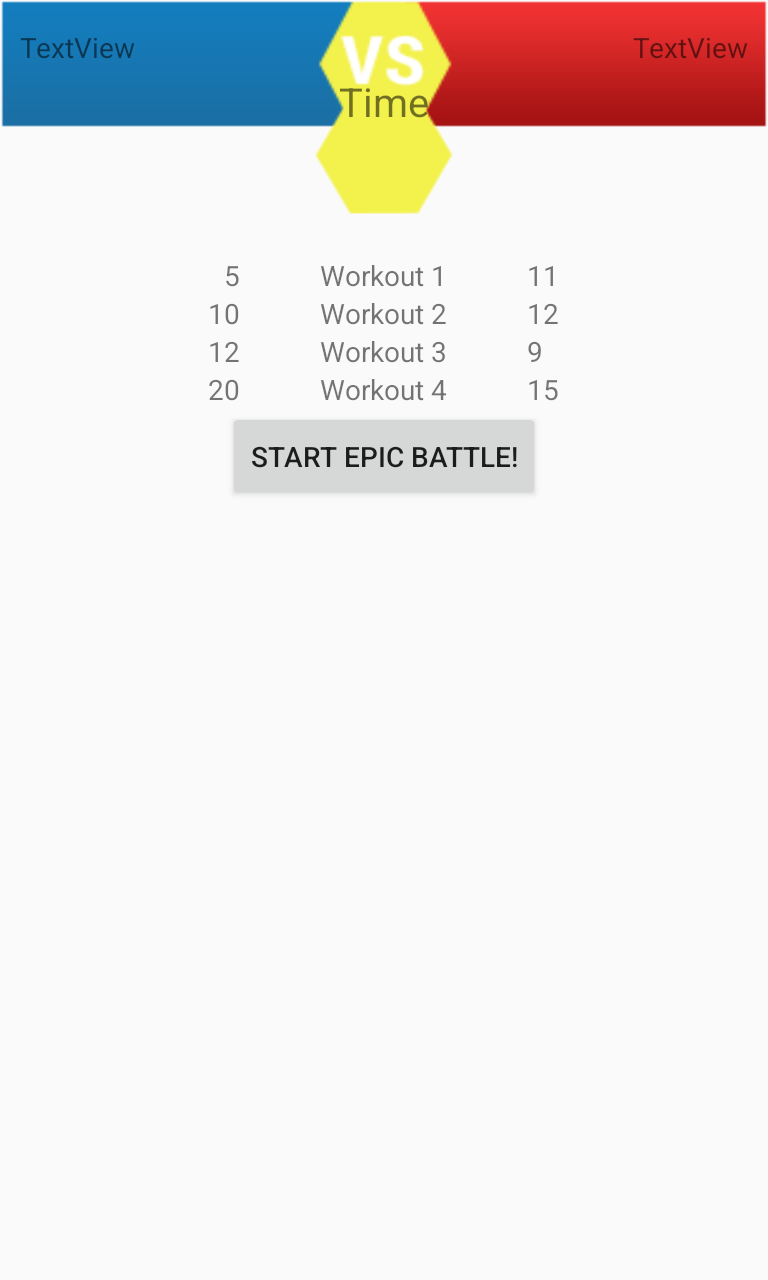
Repository: hackathon-2014/devdroid-repo
Layout: HealthyCompetition/res/layout/battlefield_layout.xml
The author's editor kept a copy of each file at every save. The layout is drawn from the files as they stood at one save, then again after the next save.
It is drawn on a 768 x 1280 px phone screen (xhdpi) without system bars, with theme AppTheme; the app's code is not run.

Above is the layout before, as saved 2014-08-23 20:26:17.

### HealthyCompetition/res/layout/battlefield_layout.xml
<?xml version="1.0" encoding="utf-8"?>
<LinearLayout xmlns:android="http://schemas.android.com/apk/res/android"
    android:layout_width="match_parent"
    android:layout_height="match_parent"
    android:orientation="vertical" >

    <RelativeLayout
        android:id="@+id/relative_layout_versus"
        android:layout_width="match_parent"
        android:layout_height="wrap_content" >

        <ImageView
            android:id="@+id/versus_image"
            android:layout_width="match_parent"
            android:layout_height="wrap_content"
            android:background="@drawable/versus_banner_9" />

        <TextView
            android:id="@+id/player_one_name"
            android:layout_width="wrap_content"
            android:layout_height="wrap_content"
            android:layout_alignParentLeft="true"
            android:layout_alignParentTop="true"
            android:layout_marginLeft="10dp"
            android:layout_marginTop="14dp"
            android:text="TextView" />

        <TextView
            android:id="@+id/player_two_name"
            android:layout_width="wrap_content"
            android:layout_height="wrap_content"
            android:layout_alignBaseline="@+id/player_one_name"
            android:layout_alignBottom="@+id/player_one_name"
            android:layout_alignParentRight="true"
            android:layout_alignParentTop="true"
            android:layout_marginRight="10dp"
            android:text="TextView" />

        <ImageView
            android:id="@+id/timer_image"
            android:layout_width="70dp"
            android:layout_height="70dp"
            android:layout_below="@+id/player_two_name"
            android:layout_centerHorizontal="true"
            android:layout_marginTop="10dp"
            android:background="@drawable/clockBG_9" />

        <TextView
            android:id="@+id/time_view"
            android:layout_width="wrap_content"
            android:layout_height="wrap_content"
            android:layout_alignBottom="@+id/versus_image"
            android:layout_centerHorizontal="true"
            android:text="Time"
            android:textSize="20dp" />
    </RelativeLayout>

    <RelativeLayout
        android:id="@+id/workout_layout_one"
        android:layout_width="match_parent"
        android:layout_height="wrap_content"
        android:layout_marginTop="15dp"
        android:orientation="vertical" >

        <RelativeLayout
            android:id="@+id/workoutone_click"
            android:layout_width="match_parent"
            android:layout_height="wrap_content" >

            <TextView
                android:id="@+id/workout_one"
                android:layout_width="wrap_content"
                android:layout_height="wrap_content"
                android:layout_centerHorizontal="true"
                android:text="Workout 1" />

            <TextView
                android:id="@+id/playerone_workoutone"
                android:layout_width="wrap_content"
                android:layout_height="wrap_content"
                android:layout_alignParentTop="true"
                android:layout_marginRight="40dp"
                android:layout_toLeftOf="@+id/workout_one"
                android:text="5" />

            <TextView
                android:id="@+id/playertwo_workoutone"
                android:layout_width="wrap_content"
                android:layout_height="wrap_content"
                android:layout_alignParentTop="true"
                android:layout_marginLeft="40dp"
                android:layout_toRightOf="@+id/workout_one"
                android:text="11" />
        </RelativeLayout>
    </RelativeLayout>

    <RelativeLayout
        android:id="@+id/workout_layout_two"
        android:layout_width="match_parent"
        android:layout_height="wrap_content"
        android:orientation="vertical" >

        <RelativeLayout
            android:id="@+id/workouttwo_click"
            android:layout_width="match_parent"
            android:layout_height="wrap_content" >

            <TextView
                android:id="@+id/workout_two"
                android:layout_width="wrap_content"
                android:layout_height="wrap_content"
                android:layout_centerHorizontal="true"
                android:text="Workout 2" />

            <TextView
                android:id="@+id/playerone_workouttwo"
                android:layout_width="wrap_content"
                android:layout_height="wrap_content"
                android:layout_alignParentTop="true"
                android:layout_marginRight="40dp"
                android:layout_toLeftOf="@+id/workout_two"
                android:text="10" />

            <TextView
                android:id="@+id/playertwo_workouttwo"
                android:layout_width="wrap_content"
                android:layout_height="wrap_content"
                android:layout_alignParentTop="true"
                android:layout_marginLeft="40dp"
                android:layout_toRightOf="@+id/workout_two"
                android:text="12" />
        </RelativeLayout>
    </RelativeLayout>

    <RelativeLayout
        android:id="@+id/workout_layout_three"
        android:layout_width="match_parent"
        android:layout_height="wrap_content"
        android:orientation="vertical" >

        <RelativeLayout
            android:id="@+id/workoutthree_click"
            android:layout_width="match_parent"
            android:layout_height="wrap_content" >

            <TextView
                android:id="@+id/workout_three"
                android:layout_width="wrap_content"
                android:layout_height="wrap_content"
                android:layout_centerHorizontal="true"
                android:text="Workout 3" />

            <TextView
                android:id="@+id/playerone_workoutthree"
                android:layout_width="wrap_content"
                android:layout_height="wrap_content"
                android:layout_alignParentTop="true"
                android:layout_marginRight="40dp"
                android:layout_toLeftOf="@+id/workout_three"
                android:text="12" />

            <TextView
                android:id="@+id/playertwo_workoutthree"
                android:layout_width="wrap_content"
                android:layout_height="wrap_content"
                android:layout_alignParentTop="true"
                android:layout_marginLeft="40dp"
                android:layout_toRightOf="@+id/workout_three"
                android:text="9" />
        </RelativeLayout>
    </RelativeLayout>

    <RelativeLayout
        android:id="@+id/workout_layout_four"
        android:layout_width="match_parent"
        android:layout_height="wrap_content"
        android:orientation="vertical" >

        <RelativeLayout
            android:id="@+id/workoutfour_click"
            android:layout_width="match_parent"
            android:layout_height="wrap_content" >

            <TextView
                android:id="@+id/workout_four"
                android:layout_width="wrap_content"
                android:layout_height="wrap_content"
                android:layout_centerHorizontal="true"
                android:text="Workout 4" />

            <TextView
                android:id="@+id/playerone_workoutfour"
                android:layout_width="wrap_content"
                android:layout_height="wrap_content"
                android:layout_alignParentTop="true"
                android:layout_marginRight="40dp"
                android:layout_toLeftOf="@+id/workout_four"
                android:text="20" />

            <TextView
                android:id="@+id/playertwo_workoutfour"
                android:layout_width="wrap_content"
                android:layout_height="wrap_content"
                android:layout_alignParentTop="true"
                android:layout_marginLeft="40dp"
                android:layout_toRightOf="@+id/workout_four"
                android:text="15" />
        </RelativeLayout>
    </RelativeLayout>

    <RelativeLayout
        android:layout_width="match_parent"
        android:layout_height="wrap_content" >

        <Button
            android:id="@+id/button1"
            android:layout_width="wrap_content"
            android:layout_height="wrap_content"
            android:layout_centerHorizontal="true"
            android:text="Start Epic Battle!" />
    </RelativeLayout>

</LinearLayout>

Loaded but not shown: HealthyCompetition/res/values/styles.xml (common file); HealthyCompetition/res/values-v11/styles.xml (common file); HealthyCompetition/res/values-v14/styles.xml (common file)

After the next save:
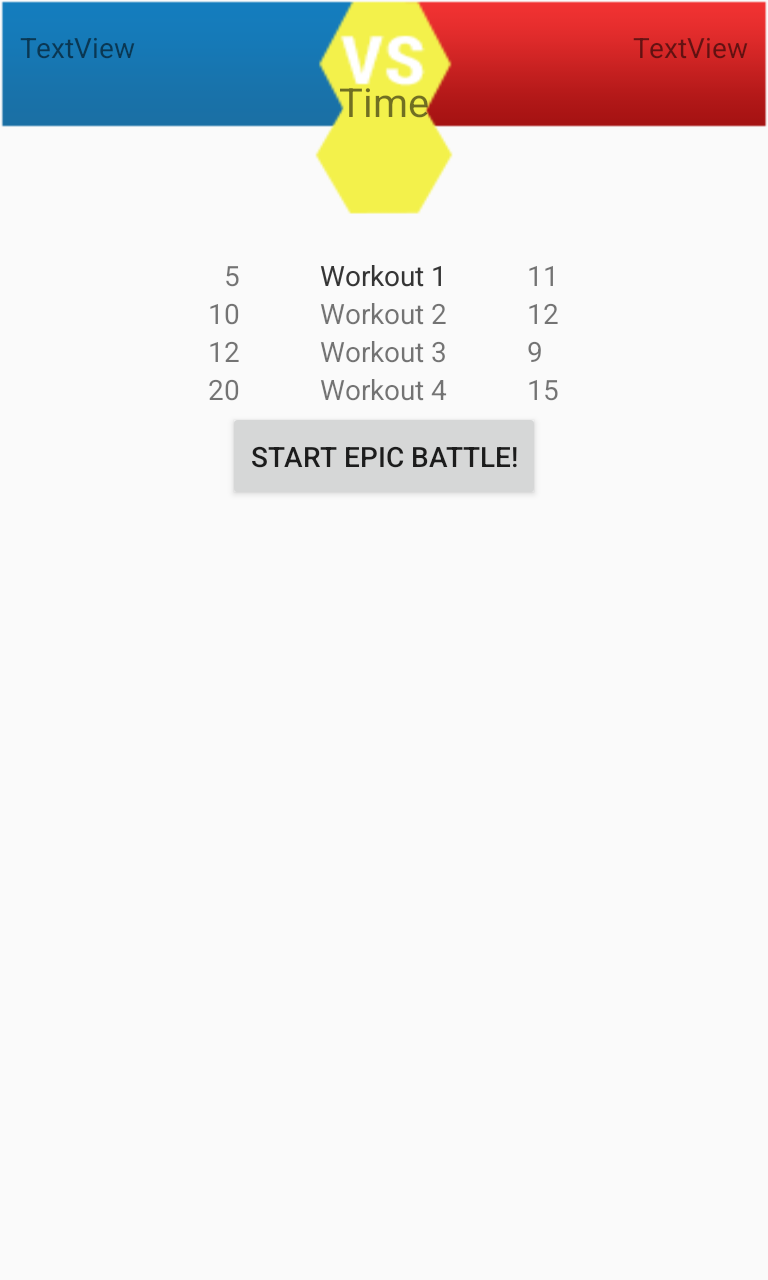
Saved 69 s later.
--- a/HealthyCompetition/res/layout/battlefield_layout.xml
+++ b/HealthyCompetition/res/layout/battlefield_layout.xml
@@ -75,6 +75,13 @@
                 android:text="Workout 1" />
 
             <TextView
+                android:id="@+id/some_test"
+                android:layout_width="wrap_content"
+                android:layout_height="wrap_content"
+                android:layout_centerHorizontal="true"
+                android:text="Workout 1" />
+
+            <TextView
                 android:id="@+id/playerone_workoutone"
                 android:layout_width="wrap_content"
                 android:layout_height="wrap_content"

After the save that followed:
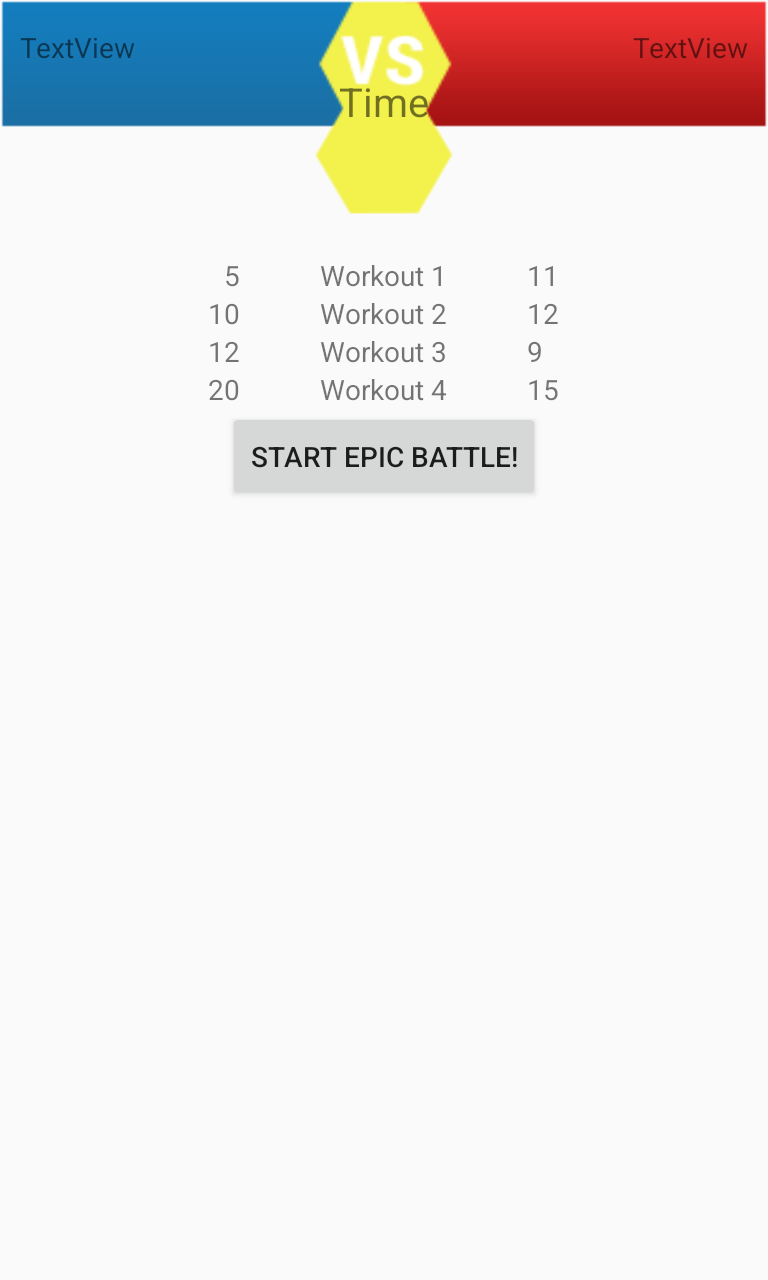
Saved 29 s later.
--- a/HealthyCompetition/res/layout/battlefield_layout.xml
+++ b/HealthyCompetition/res/layout/battlefield_layout.xml
@@ -74,12 +74,7 @@
                 android:layout_centerHorizontal="true"
                 android:text="Workout 1" />
 
-            <TextView
-                android:id="@+id/some_test"
-                android:layout_width="wrap_content"
-                android:layout_height="wrap_content"
-                android:layout_centerHorizontal="true"
-                android:text="Workout 1" />
+
 
             <TextView
                 android:id="@+id/playerone_workoutone"
